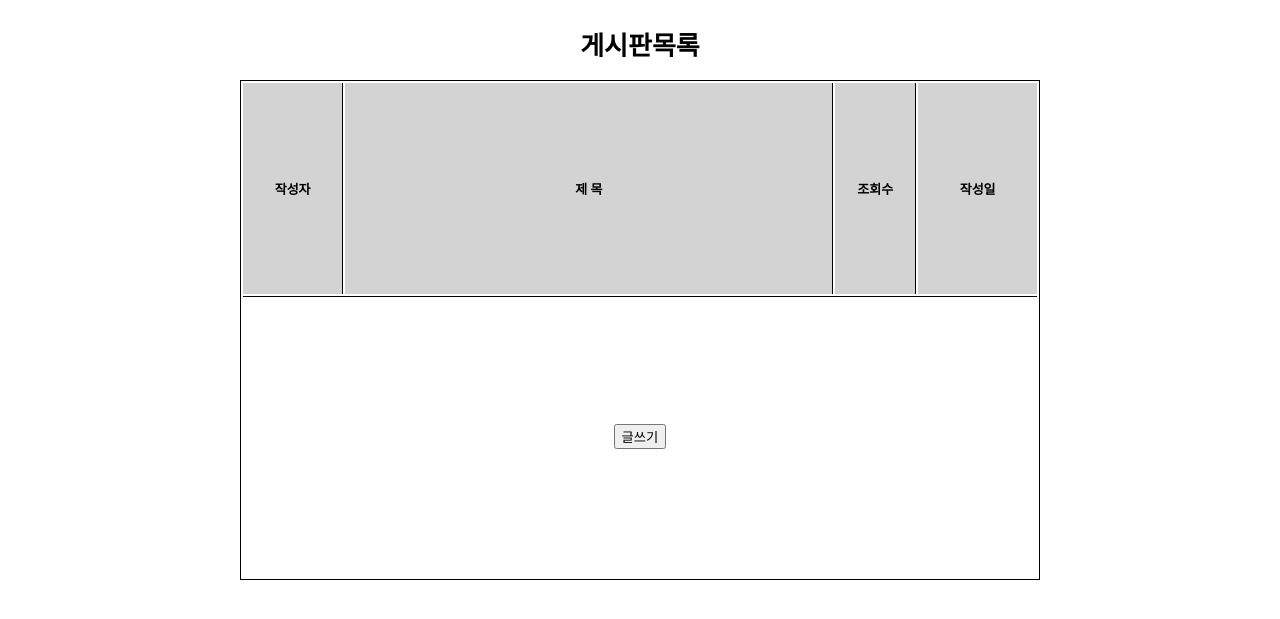
Repository: shbaksa/study
Page: http://localhost/mw_0617/test/list.jsp
The author's editor kept a copy of each file at every save. The page is drawn from the files as they stood at one save, then again after the next save.
The browser window is 1280 px wide. The pictures show the whole page.
The page is served by Tomcat 9. Queries for data that is not in the repository find no rows.

Above is the page before, as saved 2022-06-17 07:43:49.

After the next save:
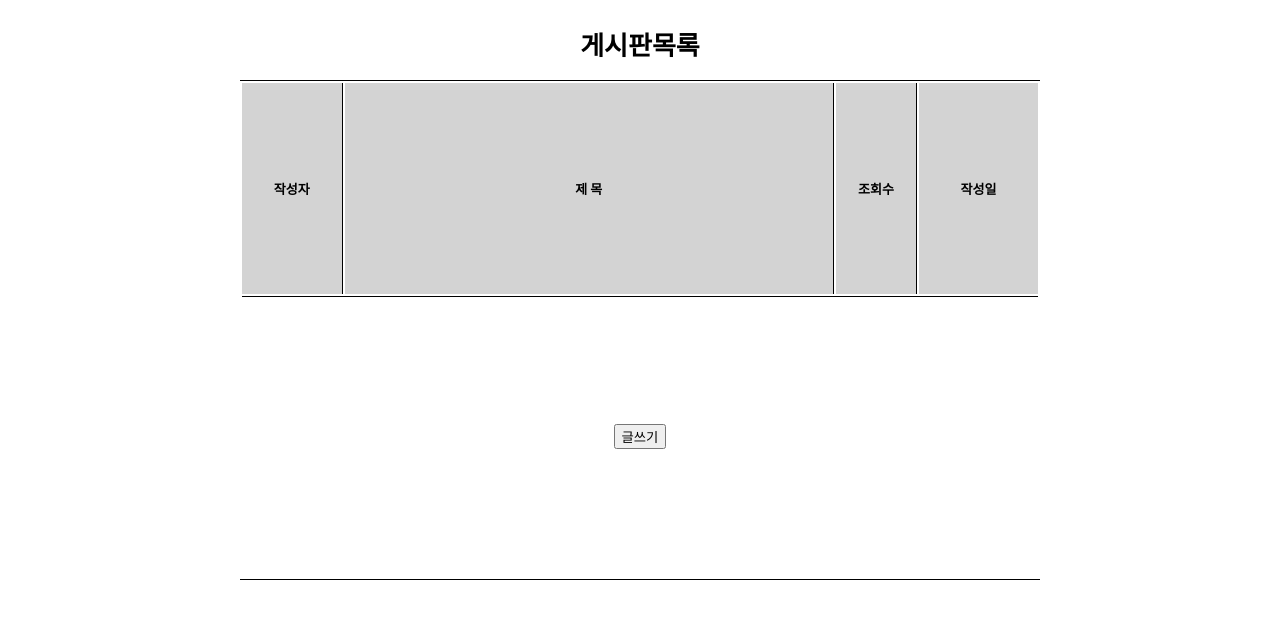
Saved 58 s later.
--- a/mw_0617/src/main/webapp/test/list.jsp
+++ b/mw_0617/src/main/webapp/test/list.jsp
@@ -28,6 +28,8 @@
 	table {
 		border : 1px solid black;
 		font-size : 13px;
+		border-left : none;
+		border-right : none;
 	}
 	td {
 		border-right : 1px solid black;
